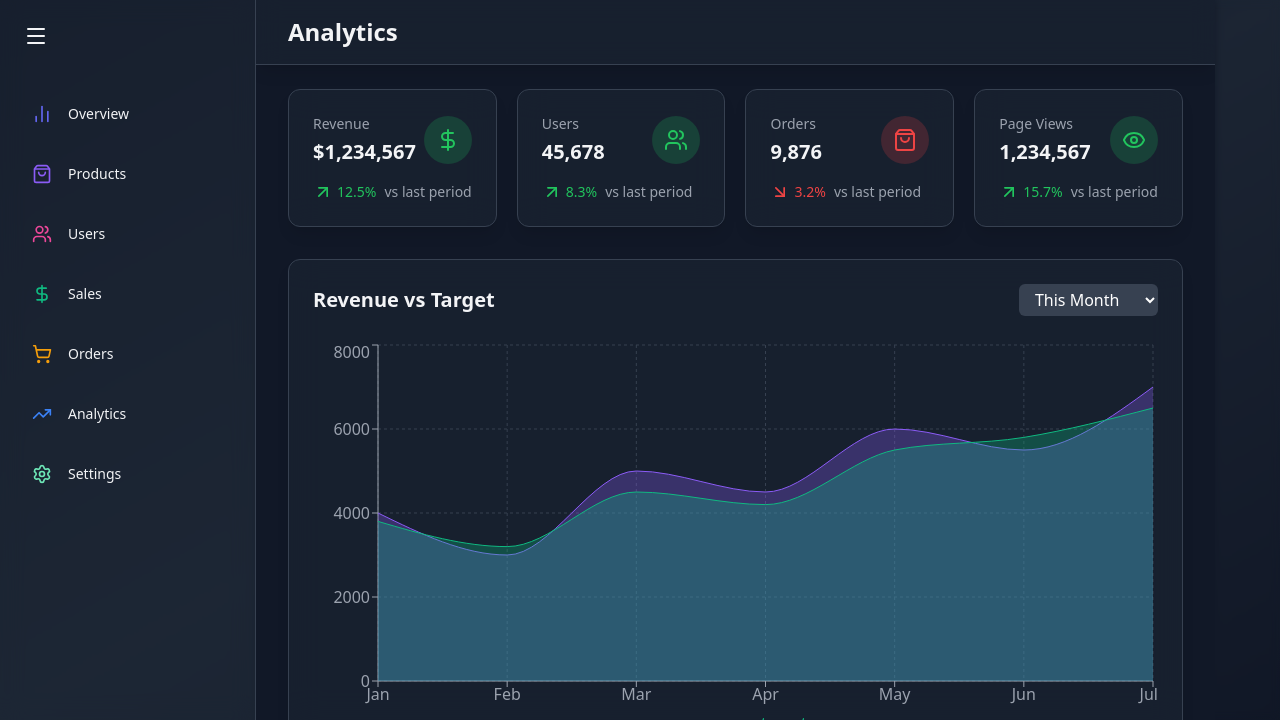
Repository: Abdirabi11/React-dashboard
Page: /analytics
The author's editor kept a copy of each file at every save. The page is drawn from the files as they stood at one save, then again after the next save.
The browser window is 1280 px wide. The pictures show the whole page.
An inner scrolling area shows only its first screen. The project was rebuilt for these pictures with package versions that can differ from the ones it lists, and the page was loaded fresh each time. Also part of the build but not shown: vite.config.js, src/components/common/StatCard.jsx, src/components/overview/SalesOverviewChart.jsx, src/components/overview/CategoryDistributionChart.jsx, src/components/overview/SalesChannelChart.jsx, src/pages/OverviewPage.jsx, src/components/products/SalesTrendChart.jsx, src/components/products/ProductsTable.jsx and 15 more.

Above is the page before, as saved 2025-07-19 11:23:45.

After the next save:
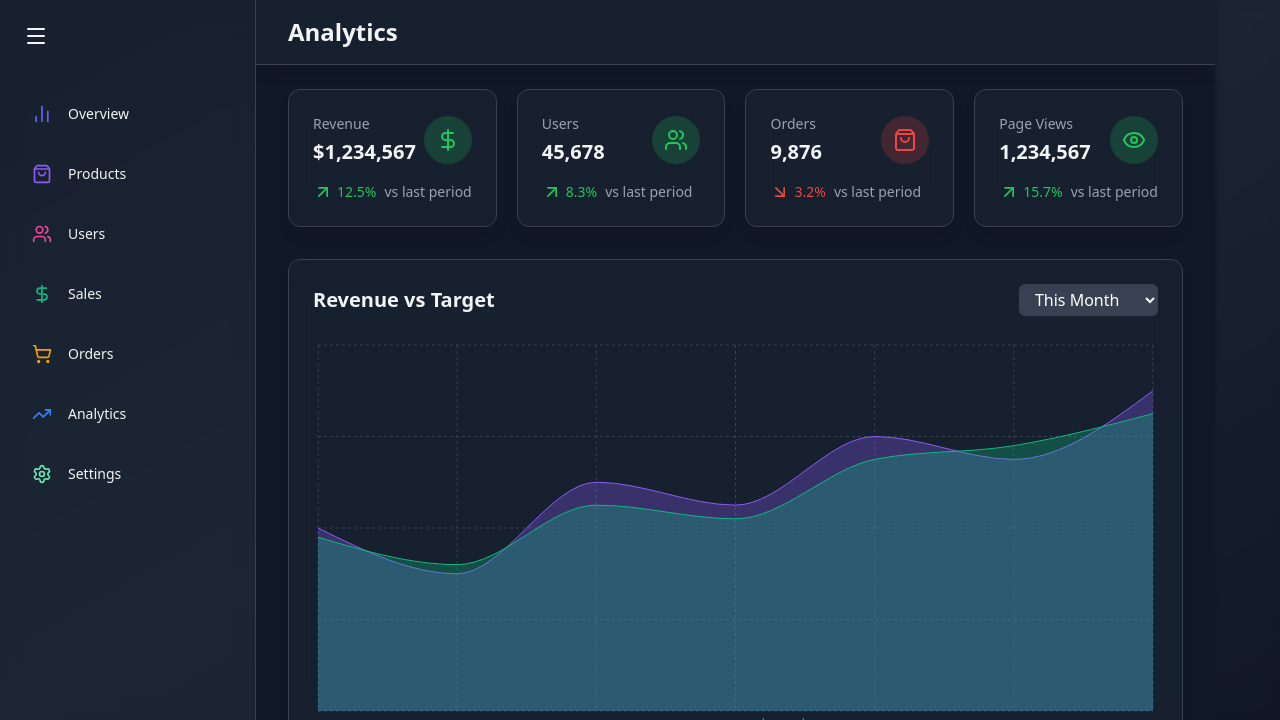
Saved 15 s later.
--- a/src/components/analytics/RevenueChart.jsx
+++ b/src/components/analytics/RevenueChart.jsx
@@ -39,8 +39,8 @@
 				<ResponsiveContainer>
           <AreaChart data={revenueData}>
               <CartesianGrid strokeDasharray='3 3' stroke='#374151' />
-              <XAxis dataKey='month' stroke='#9CA3AF' />
-              <YAxis stroke='#9CA3AF' />
+              {/* <XAxis dataKey='month' stroke='#9CA3AF' />
+              <YAxis stroke='#9CA3AF' /> */}
               <Tooltip
                 contentStyle={{ backgroundColor: "rgba(31, 41, 55, 0.8)", borderColor: "#4B5563" }}
                 itemStyle={{ color: "#E5E7EB" }}

After the save that followed:
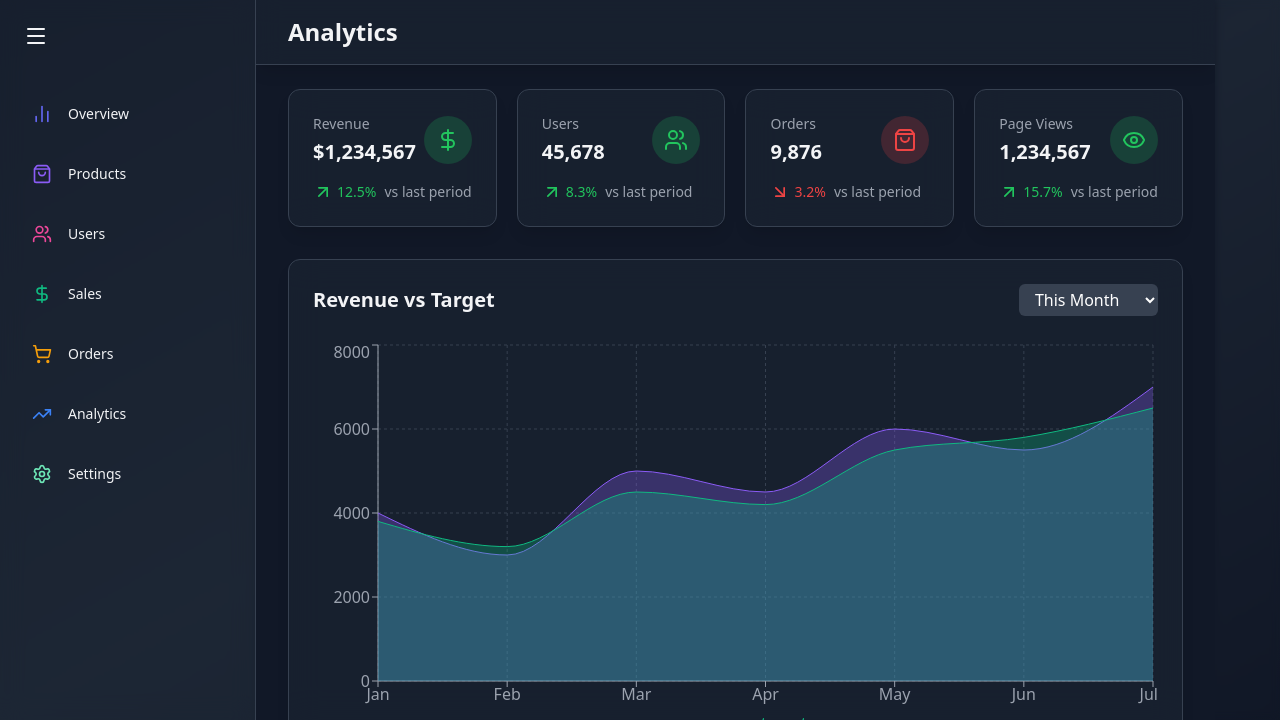
Saved 4 s later.
--- a/src/components/analytics/RevenueChart.jsx
+++ b/src/components/analytics/RevenueChart.jsx
@@ -39,8 +39,8 @@
 				<ResponsiveContainer>
           <AreaChart data={revenueData}>
               <CartesianGrid strokeDasharray='3 3' stroke='#374151' />
-              {/* <XAxis dataKey='month' stroke='#9CA3AF' />
-              <YAxis stroke='#9CA3AF' /> */}
+              <XAxis dataKey='month' stroke='#9CA3AF' />
+              <YAxis stroke='#9CA3AF' />
               <Tooltip
                 contentStyle={{ backgroundColor: "rgba(31, 41, 55, 0.8)", borderColor: "#4B5563" }}
                 itemStyle={{ color: "#E5E7EB" }}
